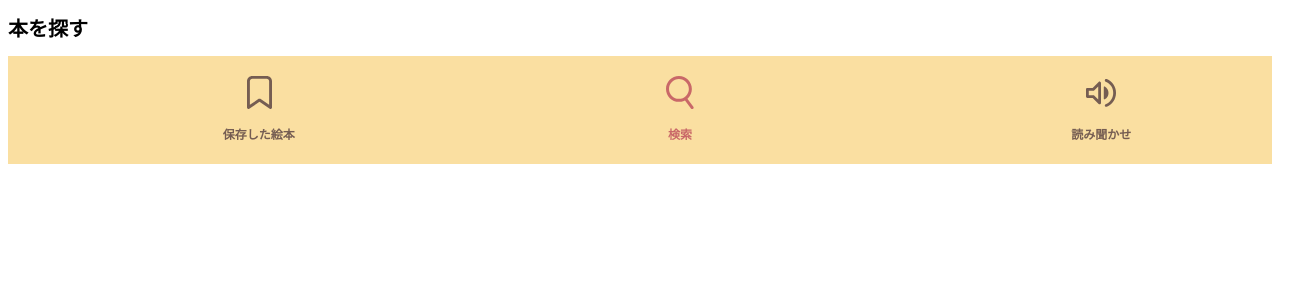
Repository: kmii12/2024-teampj
Page: /
These files come from the project's save history. The page is drawn as it stood at one moment and after a run of saves; the edit follows.
The browser window is 1280 px wide. The page is 1312 px wide, so the pictures cover 1312 px, including what lies to the right of the window. The pictures show the whole page.
Some web fonts or font styles are not loaded; a fallback is used. The project was rebuilt for these pictures with package versions that can differ from the ones it lists, and the page was loaded fresh each time. The framework's server and built-in components were replaced by stand-ins that run in the browser. Also part of the build but not shown: next.config.mjs.

Above is the page before, as saved 2024-10-22 11:20:33.

### src/app/page.tsx
import { btnStyle } from "./components/btnStyle";

export default function Home() {
  return (
    <>
      <h1>本を探す</h1>

      <div>
        <btnStyle href="result/resultList" text="検索"></btnStyle>
      </div>
    </>
  );
}

### src/app/globals.css
html {
  font-size: 62.5%;
}

body {
  font-family: "Zen Maru Gothic", serif;
}

a {
  color: inherit;
  text-decoration: none;
}

li {
  list-style-type: none;
}

### src/app/components/Footer.tsx
"use client";

import Link from "next/link";
import styles from "./Footer.module.scss";
import { usePathname } from "next/navigation";

export default function Footer() {
  const pathname = usePathname();

  return (
    <footer className={styles.footer}>
      <nav>
        <ul>
          <li>
            <Link
              href="/saved"
              className={pathname === "/saved" ? styles.active : ""}
            >
              <svg
                xmlns="http://www.w3.org/2000/svg"
                width="40"
                height="40"
                viewBox="0 0 40 40"
                fill="none"
              >
                <path
                  d="M31.5577 36C31.2643 35.9944 30.9782 35.9096 30.7308 35.7549L20.5 28.7589L10.2692 35.7549C10.0433 35.8898 9.78379 35.9611 9.51923 35.9611C9.25467 35.9611 8.99521 35.8898 8.76923 35.7549C8.54791 35.643 8.3604 35.4762 8.22542 35.271C8.09043 35.0658 8.01271 34.8295 8 34.5857V8.18571C8 6.81038 8.55718 5.49137 9.54895 4.51886C10.5407 3.54635 11.8859 3 13.2885 3H27.7115C29.1141 3 30.4593 3.54635 31.451 4.51886C32.4428 5.49137 33 6.81038 33 8.18571V34.5857C33.001 34.8425 32.9297 35.0945 32.7939 35.3141C32.6582 35.5337 32.4633 35.7123 32.2308 35.8303C32.0245 35.9413 31.793 35.9996 31.5577 36ZM20.5 25.6286C20.7947 25.6255 21.0833 25.7111 21.3269 25.8737L30.1154 31.8703V8.18571C30.1154 7.56056 29.8621 6.96101 29.4113 6.51896C28.9605 6.07691 28.3491 5.82857 27.7115 5.82857H13.2885C12.6509 5.82857 12.0395 6.07691 11.5887 6.51896C11.1379 6.96101 10.8846 7.56056 10.8846 8.18571V31.8703L19.6731 25.8737C19.9167 25.7111 20.2053 25.6255 20.5 25.6286Z"
                  fill={pathname === "/saved" ? "#c96868" : "#755D52"}
                />
              </svg>
              <p
                style={{
                  color: pathname === "/saved" ? "#c96868" : "#755D52",
                }}
              >
                保存した絵本
              </p>
            </Link>
          </li>
          <li>
            <Link href="/" className={pathname === "/" ? styles.active : ""}>
              <svg
                xmlns="http://www.w3.org/2000/svg"
                width="40"
                height="40"
                viewBox="0 0 40 40"
                fill="none"
              >
                <path
                  fillRule="evenodd"
                  clipRule="evenodd"
                  d="M18.9346 25.8692C24.4214 25.8692 28.8692 21.4214 28.8692 15.9346C28.8692 10.4479 24.4214 6 18.9346 6C13.4479 6 9 10.4479 9 15.9346C9 21.4214 13.4479 25.8692 18.9346 25.8692ZM18.9346 28.8692C26.0782 28.8692 31.8692 23.0782 31.8692 15.9346C31.8692 8.79103 26.0782 3 18.9346 3C11.791 3 6 8.79103 6 15.9346C6 23.0782 11.791 28.8692 18.9346 28.8692Z"
                  fill={pathname === "/" ? "#c96868" : "#755D52"}
                />
                <path
                  fillRule="evenodd"
                  clipRule="evenodd"
                  d="M33.0447 35.7533C32.3807 36.2486 31.4408 36.1119 30.9455 35.4479L25.0052 27.4848C24.5099 26.8208 24.6466 25.881 25.3106 25.3856C25.9746 24.8903 26.9145 25.027 27.4098 25.691L33.3501 33.6541C33.8455 34.3181 33.7087 35.2579 33.0447 35.7533Z"
                  fill={pathname === "/" ? "#c96868" : "#755D52"}
                />
              </svg>
              <p
                style={{
                  color: pathname === "/" ? "#c96868" : "#755D52",
                }}
              >
                検索
              </p>
            </Link>
          </li>
          <li>
            <Link
              href="/read"
              className={pathname === "/read" ? styles.active : ""}
            >
              <svg
                xmlns="http://www.w3.org/2000/svg"
                width="40"
                height="40"
                viewBox="0 0 40 40"
                fill="none"
              >
                <path
                  d="M32.2221 19.8994C32.2221 17.3902 31.5324 15.124 30.1529 13.1006C28.7732 11.0776 26.9538 9.59382 24.6946 8.64937C24.3335 8.49187 24.0742 8.24423 23.9167 7.90646C23.7592 7.5684 23.7499 7.22812 23.8888 6.88562C24.0371 6.51507 24.2987 6.25576 24.6737 6.10771C25.0487 5.95965 25.4307 5.96424 25.8196 6.12146C28.5879 7.27896 30.8101 9.10076 32.4862 11.5869C34.1621 14.073 35 16.8438 35 19.8994C35 22.9549 34.1621 25.7258 32.4862 28.2119C30.8101 30.698 28.5879 32.5198 25.8196 33.6773C25.4307 33.8345 25.0487 33.8391 24.6737 33.691C24.2987 33.543 24.0371 33.2837 23.8888 32.9131C23.7499 32.5706 23.7592 32.2303 23.9167 31.8923C24.0742 31.5545 24.3335 31.3069 24.6946 31.1494C26.9538 30.2049 28.7732 28.7212 30.1529 26.6981C31.5324 24.6748 32.2221 22.4085 32.2221 19.8994ZM11.6667 24.941H6.38875C5.99069 24.941 5.65972 24.8091 5.39583 24.5452C5.13194 24.2813 5 23.9503 5 23.5523V16.3298C5 15.9317 5.13194 15.6008 5.39583 15.3369C5.65972 15.073 5.99069 14.941 6.38875 14.941H11.6667L17.6388 8.96896C18.074 8.53368 18.5764 8.4341 19.1458 8.67021C19.7153 8.90632 20 9.33451 20 9.95479V29.9273C20 30.5476 19.7153 30.9758 19.1458 31.2119C18.5764 31.448 18.074 31.3484 17.6388 30.9131L11.6667 24.941ZM27.5 19.941C27.5 21.293 27.1713 22.5315 26.5138 23.6565C25.8565 24.7815 24.9492 25.6587 23.7917 26.2881C23.5508 26.4178 23.3217 26.4109 23.1042 26.2673C22.8867 26.124 22.7779 25.9226 22.7779 25.6631V14.1631C22.7779 13.904 22.8867 13.7026 23.1042 13.559C23.3217 13.4156 23.5508 13.4087 23.7917 13.5381C24.9492 14.177 25.8565 15.0706 26.5138 16.219C27.1713 17.367 27.5 18.6077 27.5 19.941ZM17.2221 13.5244L12.8887 17.719H7.77792V22.1631H12.8887L17.2221 26.3856V13.5244Z"
                  fill={pathname === "/read" ? "#c96868" : "#755D52"}
                />
              </svg>
              <p
                style={{
                  color: pathname === "/read" ? "#c96868" : "#755D52",
                }}
              >
                読み聞かせ
              </p>
            </Link>
          </li>
        </ul>
      </nav>
    </footer>
  );
}

### src/app/components/Footer.module.scss
@import "../styles/variables.scss";

.footer {
  width: 100%;
  height: 14vh;
  padding-top: 1vh;
  background-color: $main;
  nav {
    width: inherit;
    height: inherit;
    ul {
      width: inherit;
      height: auto;
      display: flex;
      justify-content: space-around;
      align-items: center;
      li {
        width: calc(100% / 3);
        a {
          display: flex;
          flex-direction: column;
          justify-content: center;
          align-items: center;
          p {
            font-size: 1.2rem;
            font-weight: bold;
          }
        }
      }
    }
  }
}

### src/app/styles/variables.scss
// sassでカラーを使用するとき用

// 使用するファイルで最初に下記を記述
// コンポーネント用 → @import "../styles/variables.scss";
// ページ用 → @import "./styles/variables.scss";

$base: #fff4ea;
$main: #fadfa1;
$sub: #c96868;
$accent: #7eacb5;
$text: #755d52;

### src/app/components/btnStyle.tsx
import Link from "next/link";
import { useState, useEffect } from "react";
import React from "react";

type Props = {
  text?: string;
  href: string;
};

//ボタンスタイル（デフォルト）
export default function BtnStyle(props: Props) {
  return (
    <button>
      <Link href={props.href}>{props.text || "デフォルトのテキスト"}</Link>
    </button>
  );
}

Loaded but not shown: src/app/layout.tsx (common file)

After the next 4 saves:
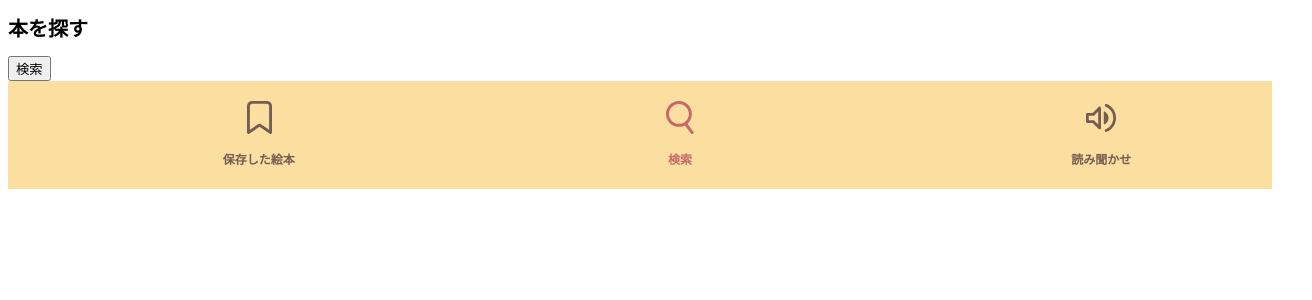
The 4 saves are shown as one change because 2 did not build or start and some came seconds apart.
The last was saved 5 min 35 s later.
--- a/src/app/page.tsx
+++ b/src/app/page.tsx
@@ -1,4 +1,4 @@
-import { btnStyle } from "./components/btnStyle";
+import BtnStyle from "./components/btnStyle";
 
 export default function Home() {
   return (
@@ -6,7 +6,7 @@ export default function Home() {
       <h1>本を探す</h1>
 
       <div>
-        <btnStyle href="result/resultList" text="検索"></btnStyle>
+        <BtnStyle href="result/resultList" text="検索"></BtnStyle>
       </div>
     </>
   );
--- a/src/app/components/btnStyle.tsx
+++ b/src/app/components/btnStyle.tsx
@@ -1,5 +1,5 @@
 import Link from "next/link";
-import { useState, useEffect } from "react";
+// import { useState, useEffect } from "react";
 import React from "react";
 
 type Props = {
